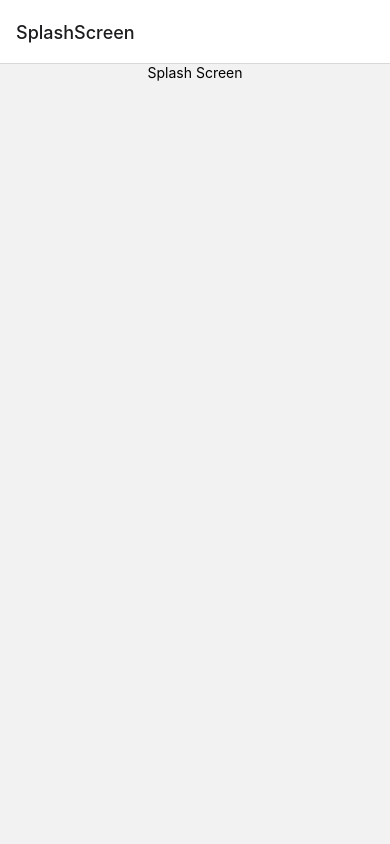
Repository: moronkids/react-native-non-expo
Screen: /
These files come from the project's save history. The screen is drawn as it stood at one moment and after the next save; the edit follows.
The app was drawn by React Native's web renderer in a window 390 px wide. The project was rebuilt for these pictures with package versions that can differ from the ones it lists, and the page was loaded fresh each time.

Above is the screen before, as saved 2025-01-11 13:44:56.

After the next save:
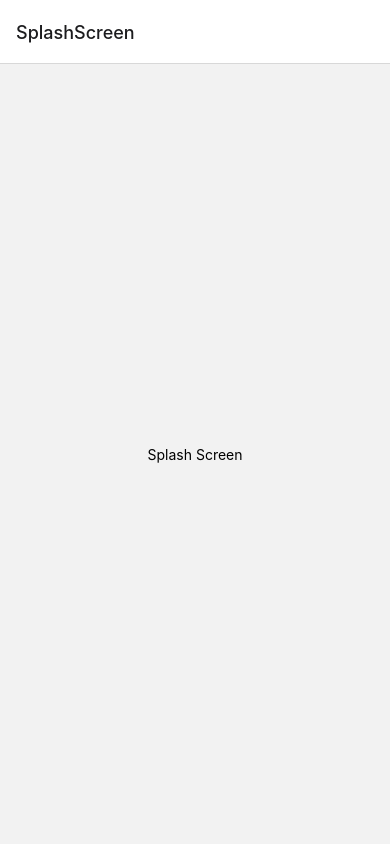
Saved 18 s later.
--- a/src/screens/splashScreen/index.tsx
+++ b/src/screens/splashScreen/index.tsx
@@ -6,7 +6,8 @@ function Index() {
         <View style={{
             display: 'flex',
             justifyContent: 'center',
-            alignItems: 'center'
+            alignItems: 'center',
+            height: '100%'
         }}>
             <Text style={{
                 textAlign: 'center',
